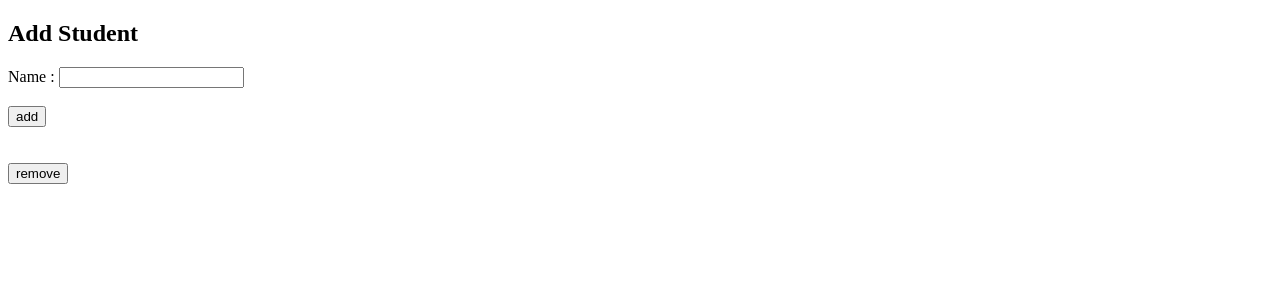
Repository: mistikel/Java-Servlet-3
Page: http://localhost/SampleServlet/Servlet
These files come from the project's save history. The page is drawn as it stood at one moment and after a run of saves; the edit follows.
The browser window is 1280 px wide. The pictures show the whole page.
The page is served by Tomcat 9.

Above is the page before, as saved 2017-04-21 02:37:49.

After the next 2 saves:
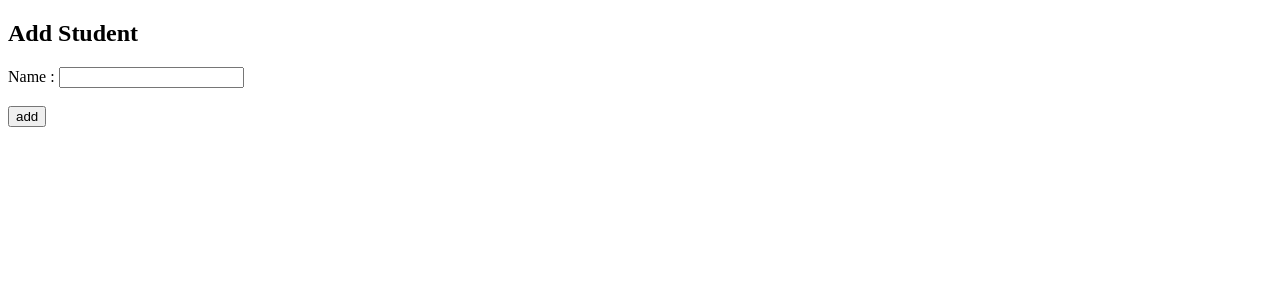
The 2 saves are shown as one change because they came seconds apart.
The last was saved 25 s later.
--- a/Java Servlet 3 Exercise/project4-exercise/SampleServlet/WebContent/hello.jsp
+++ b/Java Servlet 3 Exercise/project4-exercise/SampleServlet/WebContent/hello.jsp
@@ -19,9 +19,10 @@
 <% String name = (String) session.getAttribute("name"); %>
 	 <%if(name!=null){ %>
 		1.<%=name%>
+		<br>
+		<input type="submit" name="remove" value="remove">
 	<%}%>
-	<br>
-	<input type="submit" name="remove" value="remove">
+
 
 </body>
 </html>
